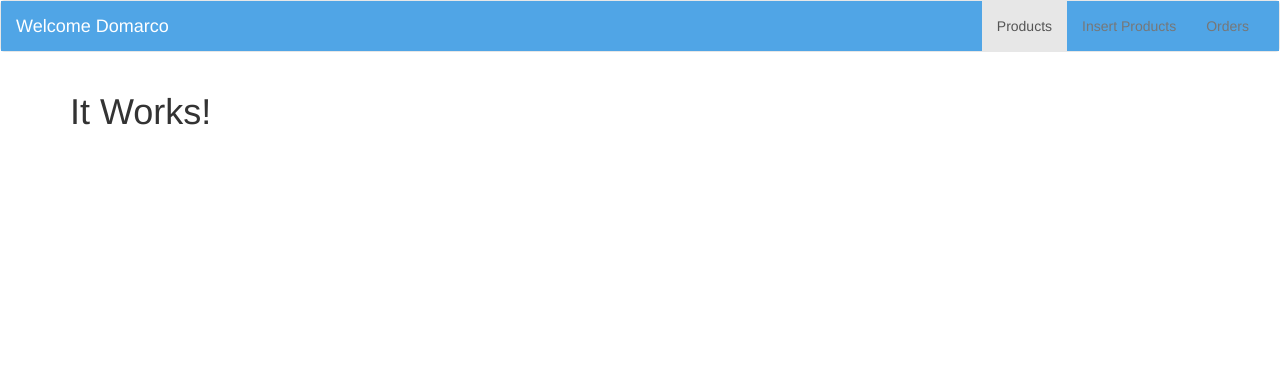
Repository: PrestasiBengis/PBO2-FinalProject
Page: http://localhost/FinalProject_-_Sistem_SKKM/MainFrame.jsp
An editor plug-in stored every save of this project. The page is shown before and after the next save, followed by the edit.
The browser window is 1280 px wide. The pictures show the whole page.
The page is served by Tomcat 9. Other server files are loaded and not shown.

Above is the page before, as saved 2015-05-22 10:21:19.

### FinalProject - Sistem SKKM/WebContent/MainFrame.jsp
<%@ page language="java" contentType="text/html; charset=ISO-8859-1"
    pageEncoding="ISO-8859-1"%>
<%@ page import = "com.fantastic5.skkmprogram.*" %>


<!DOCTYPE html PUBLIC "-//W3C//DTD HTML 4.01 Transitional//EN" "http://www.w3.org/TR/html4/loose.dtd">
<html lang="en">
  <head>
    <meta charset="utf-8">
    <meta http-equiv="X-UA-Compatible" content="IE=edge">
    <meta name="viewport" content="width=device-width, initial-scale=1">
    <!-- The above 3 meta tags *must* come first in the head; any other head content must come *after* these tags -->
    <title>Products - IF532 JSP</title>

    <!-- Bootstrap -->
    <link href="css/bootstrap.min.css" rel="stylesheet">
	<link href="css/dataTables.bootstrap.css" rel="stylesheet">

    <!-- HTML5 shim and Respond.js for IE8 support of HTML5 elements and media queries -->
    <!-- WARNING: Respond.js doesn't work if you view the page via file:// -->
    <!--[if lt IE 9]>
      <script src="https://oss.maxcdn.com/html5shiv/3.7.2/html5shiv.min.js"></script>
      <script src="https://oss.maxcdn.com/respond/1.4.2/respond.min.js"></script>
    <![endif]-->

	<!-- jQuery (necessary for Bootstrap's JavaScript plugins) -->
    <script src="js/jquery-1.11.3.min.js"></script>
    <!-- Include all compiled plugins (below), or include individual files as needed -->
    <script src="js/bootstrap.min.js"></script>
	<script src="js/jquery.dataTables.min.js"></script>
	<script src="js/dataTables.bootstrap.js"></script>

	<style type="text/css">
		body { font-size: 140%; }

		#header{
			background: #50A5E6;
			color: #fff;
		}
	</style>



  </head>

  <body>
	<nav class="navbar navbar-default">
		<div class="container-fluid" id="header">
			<!-- Brand and toggle get grouped for better mobile display -->
			<div class="navbar-header">
			  <button type="button" class="navbar-toggle collapsed" data-toggle="collapse" data-target="#bs-example-navbar-collapse-1">
				<span class="sr-only">Toggle navigation</span>
				<span class="icon-bar"></span>
				<span class="icon-bar"></span>
				<span class="icon-bar"></span>
			  </button>
			  <a class="navbar-brand" href="#" style="color: white;">Welcome Domarco</a>
			</div>

			<!-- Collect the nav links, forms, and other content for toggling -->
			<div class="collapse navbar-collapse" id="bs-example-navbar-collapse-1" >
			  <ul class="nav navbar-nav navbar-right" style="color: white;">
				<li class="active"><a href="products.jsp">Products</a></li>
				<li><a href="insertProducts.jsp">Insert Products</a></li>
				<li><a href="orders.jsp">Orders<span class="sr-only">(current)</span></a></li>
			  </ul>
			</div><!-- /.navbar-collapse -->
		</div><!-- /.container-fluid -->
	</nav>

	<script type="text/javascript">
		$(document).ready(function() {
			$('#example').dataTable();
		} );
	</script>

	<div class="container">

		<h1> It Works!</h1>
	</div>


  </body>
</html>

Loaded but not shown: FinalProject - Sistem SKKM/WebContent/css/bootstrap.min.css (library); FinalProject - Sistem SKKM/WebContent/css/dataTables.bootstrap.css (common file); FinalProject - Sistem SKKM/WebContent/js/jquery-1.11.3.min.js (library); FinalProject - Sistem SKKM/WebContent/js/bootstrap.min.js (library); FinalProject - Sistem SKKM/WebContent/js/jquery.dataTables.min.js (library); FinalProject - Sistem SKKM/WebContent/js/dataTables.bootstrap.js (common file)

After the next save:
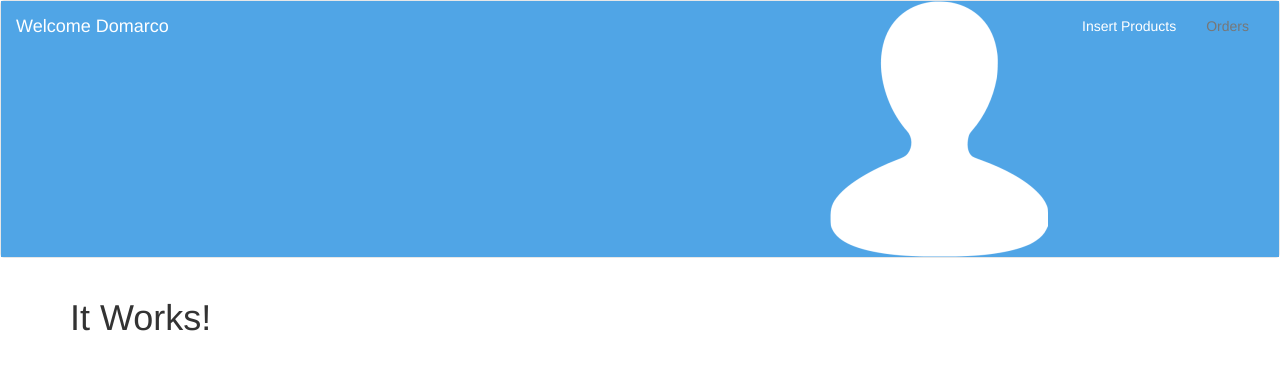
Saved 5 min 14 s later.
--- a/FinalProject - Sistem SKKM/WebContent/MainFrame.jsp
+++ b/FinalProject - Sistem SKKM/WebContent/MainFrame.jsp
@@ -59,10 +59,10 @@
 
 			<!-- Collect the nav links, forms, and other content for toggling -->
 			<div class="collapse navbar-collapse" id="bs-example-navbar-collapse-1" >
-			  <ul class="nav navbar-nav navbar-right" style="color: white;">
-				<li class="active"><a href="products.jsp">Products</a></li>
-				<li><a href="insertProducts.jsp">Insert Products</a></li>
-				<li><a href="orders.jsp">Orders<span class="sr-only">(current)</span></a></li>
+			  <ul class="nav navbar-nav navbar-right" >
+				<li class="active"><img src="./icon/contacts.png"> </li>
+				<li><a href="insertProducts.jsp" style="color: white;">Insert Products</a></li>
+				<li><a href="orders.jsp" >Orders<span class="sr-only">(current)</span></a></li>
 			  </ul>
 			</div><!-- /.navbar-collapse -->
 		</div><!-- /.container-fluid -->
